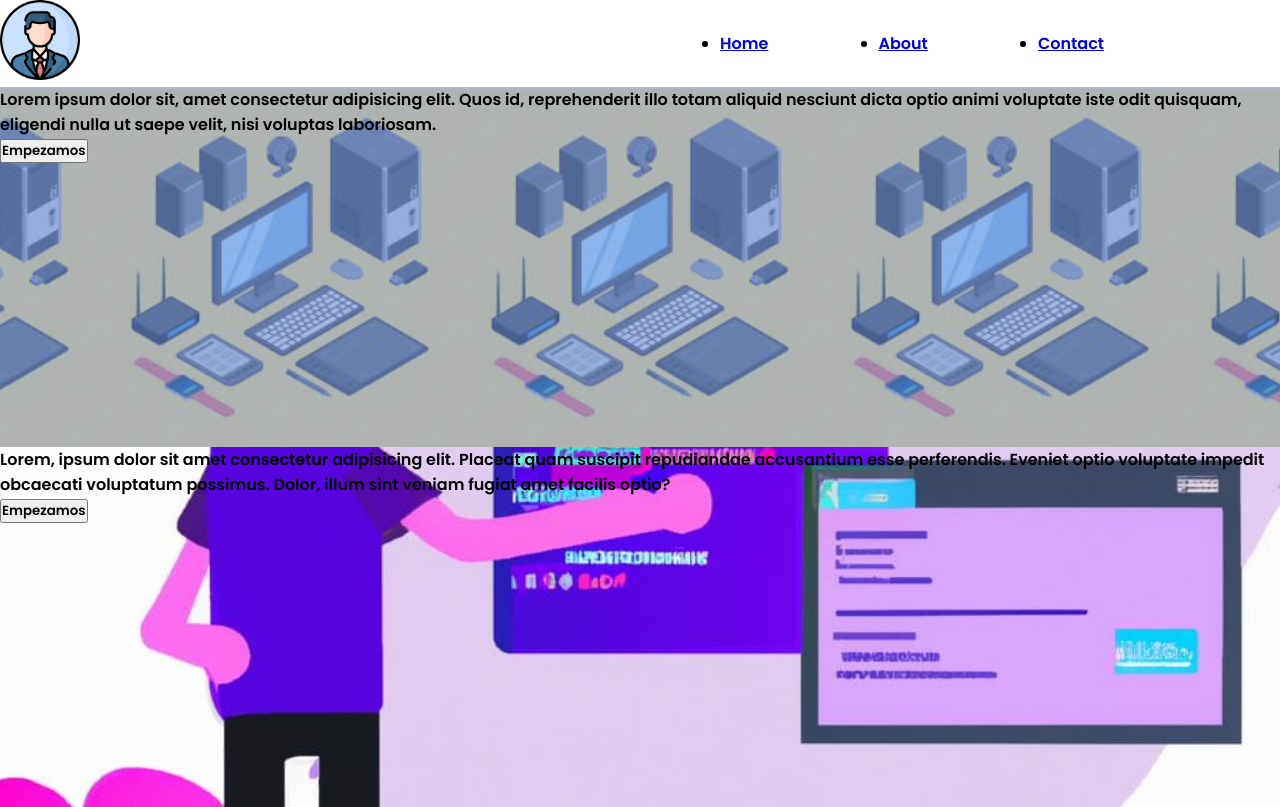
Repository: Sxcram02/projects
Page: screen-split/index.html
These files come from the project's save history. The page is drawn as it stood at one moment and after the next save; the edit follows.
The browser window is 1280 px wide. The pictures show the whole page.

Above is the page before, as saved 2023-03-17 00:30:28.

After the next save:
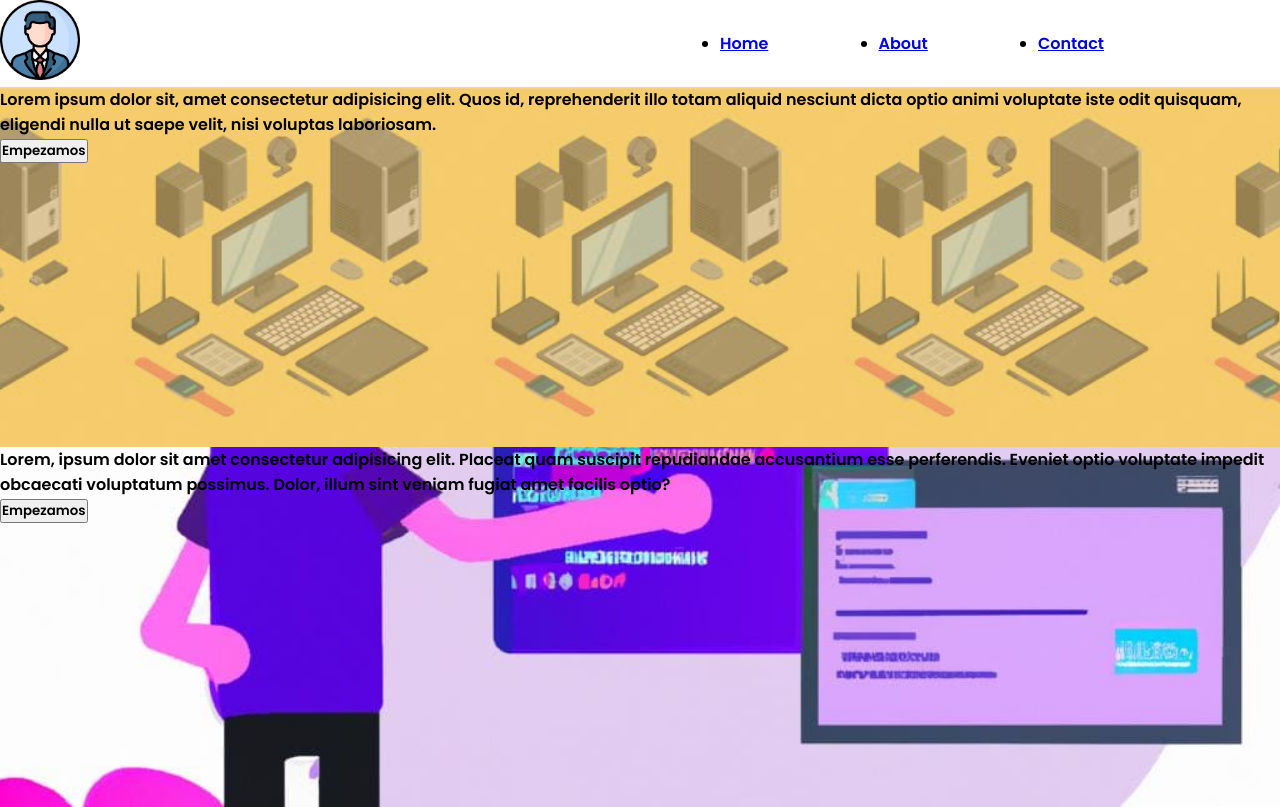
Saved 9 s later.
--- a/screen-split/style/index.css
+++ b/screen-split/style/index.css
@@ -52,7 +52,7 @@ aside {
 }
 
 .image-filterHard {
-    background-color: rgba(100, 148, 237, 0.508);
+    background-color: rgba(237, 194, 100, 0.508);
     height: 100%;
 }
 
